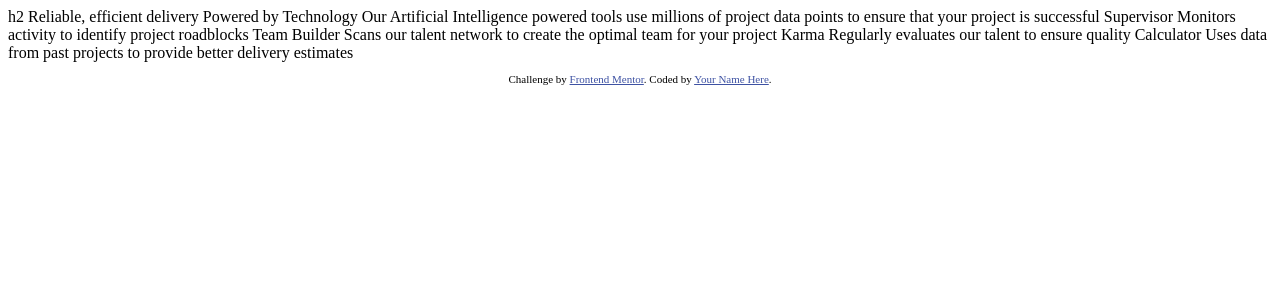
Repository: BuduCE/four-card-feature-section-master
Page: index.html
The author's editor kept a copy of each file at every save. The page is drawn from the files as they stood at one save, then again after the next save.
The browser window is 1280 px wide. The pictures show the whole page.

Above is the page before, as saved 2023-06-01 21:21:20.

After the next save:
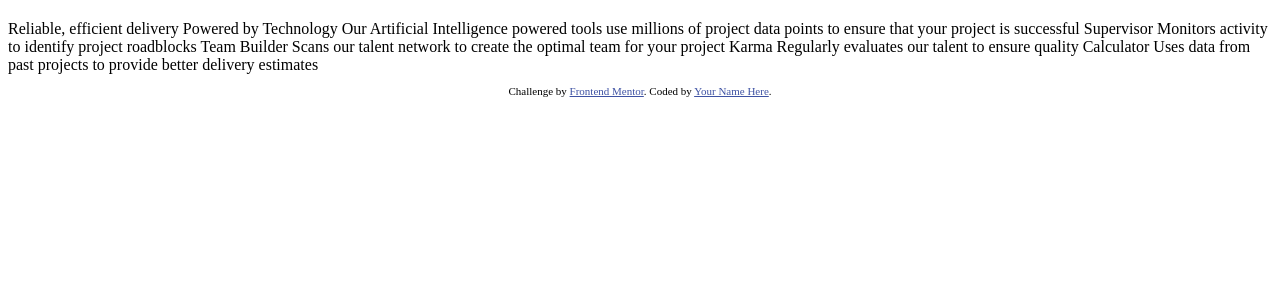
Saved 4 s later.
--- a/index.html
+++ b/index.html
@@ -15,7 +15,8 @@
   </style>
 </head>
 <body>
-  h2
+  <h2></h2>
+  <h2></h2>
   Reliable, efficient delivery
   Powered by Technology
 
